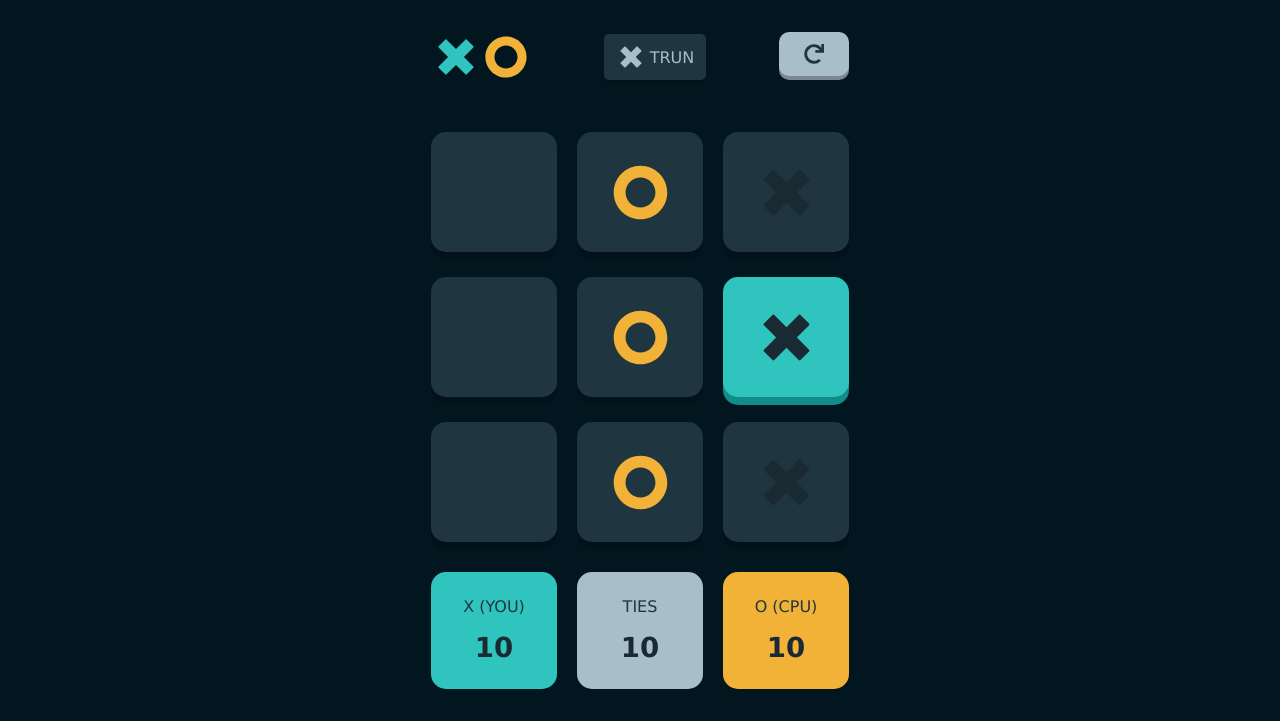
Repository: SD-Mdouka/XO_GAME
Page: /
These files come from the project's save history. The page is drawn as it stood at one moment and after the next save; the edit follows.
The browser window is 1280 px wide. The pictures show the whole page.
The project was rebuilt for these pictures with package versions that can differ from the ones it lists, and the page was loaded fresh each time. Also part of the build but not shown: src/component/start/Start.js.

Above is the page before, as saved 2022-08-29 17:42:17.

After the next save:
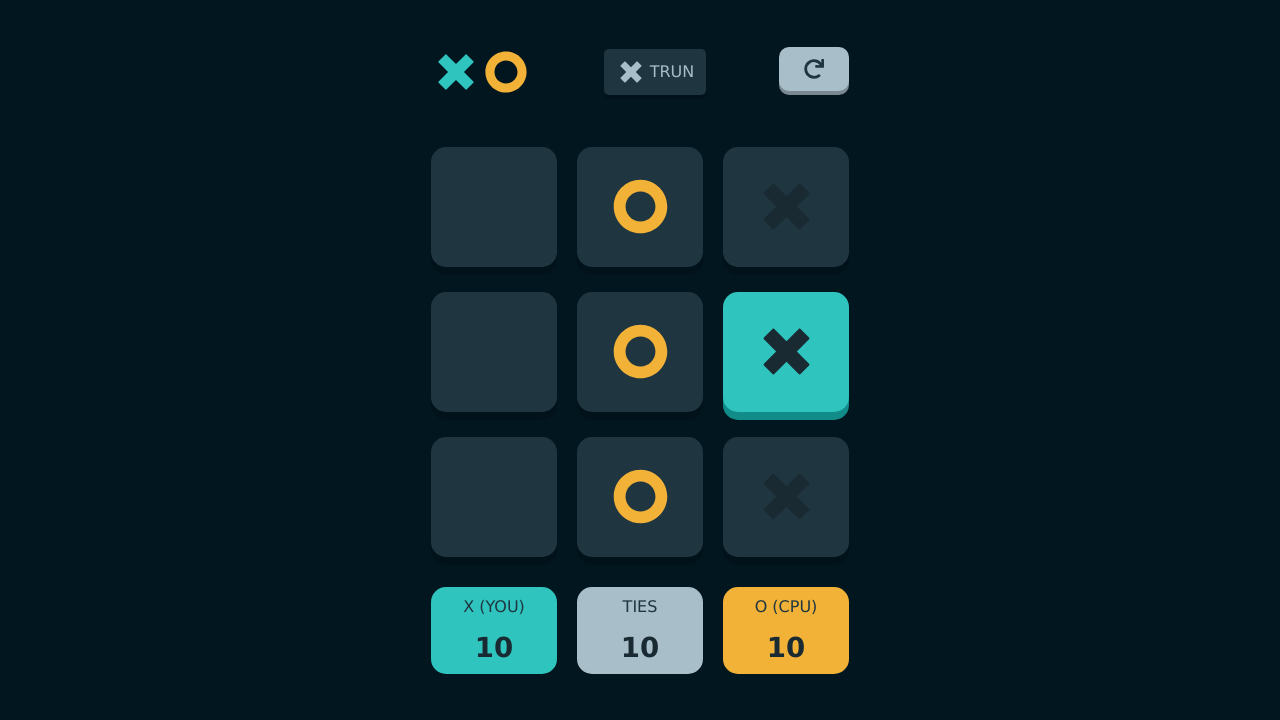
Saved 14 s later.
--- a/src/index.css
+++ b/src/index.css
@@ -352,5 +352,5 @@ body {
 
 .board__footer .card {
     gap: 15px;
-    padding: -20px;
-}
+    padding: 10px;
+}
